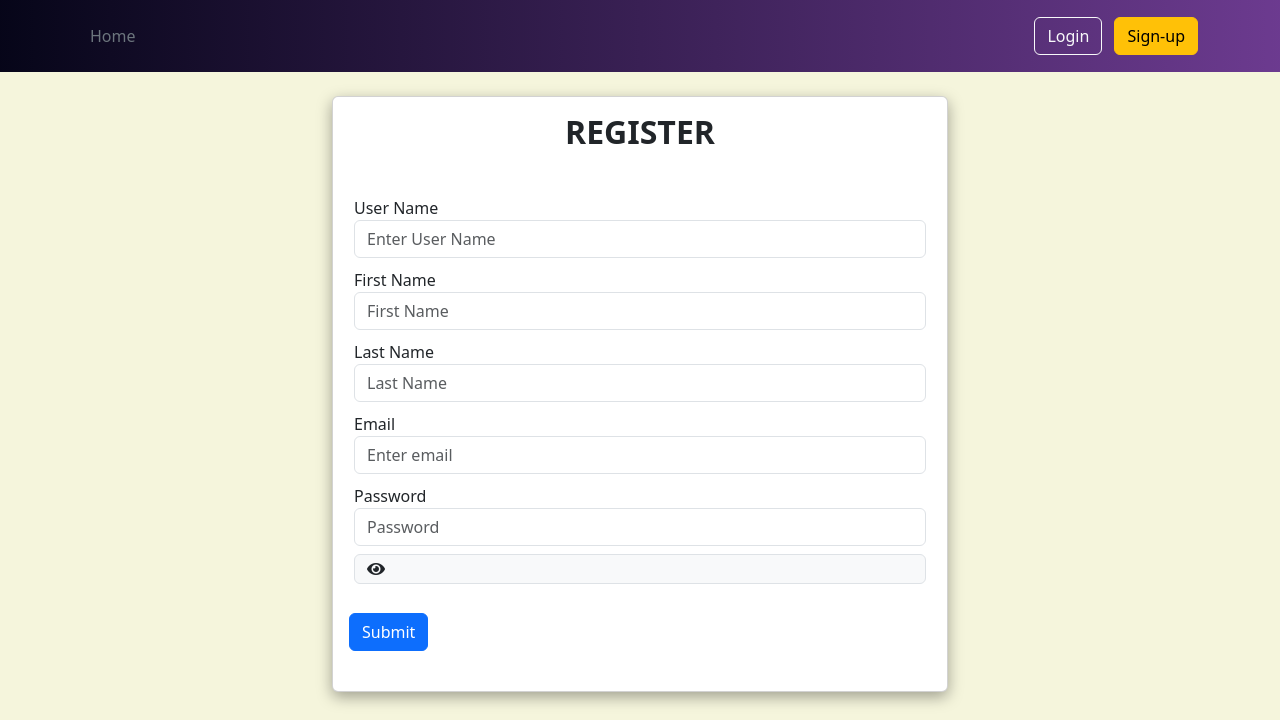
Repository: professorsourabh/php_membership
Page: http://localhost/MVC-Assignment/
An editor plug-in stored every save of this project. The page is shown before and after the next save, followed by the edit.
The browser window is 1280 px wide. The pictures show the whole page.
Some web libraries are served in a nearby version. The page is run by PHP 8.4 with error messages shown; the project is at /var/www/html/.

Above is the page before, as saved 2023-07-09 15:30:25.

After the next save:
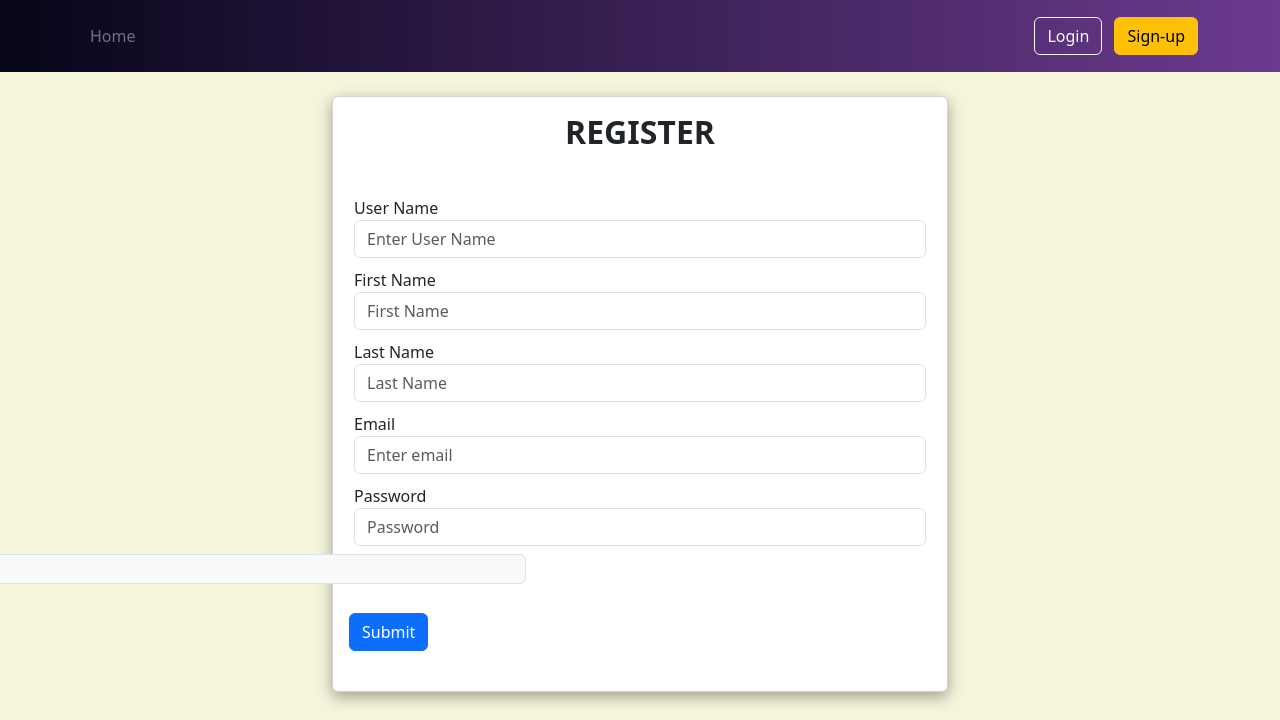
Saved 12 s later.
--- a/index.css
+++ b/index.css
@@ -27,7 +27,7 @@ div.form-group{
     cursor: pointer;
     position: relative;
     top: 70%;
-    right: auto;
+    right: 70%;
     transform: none;
     margin-top: 0.5rem;
 }
